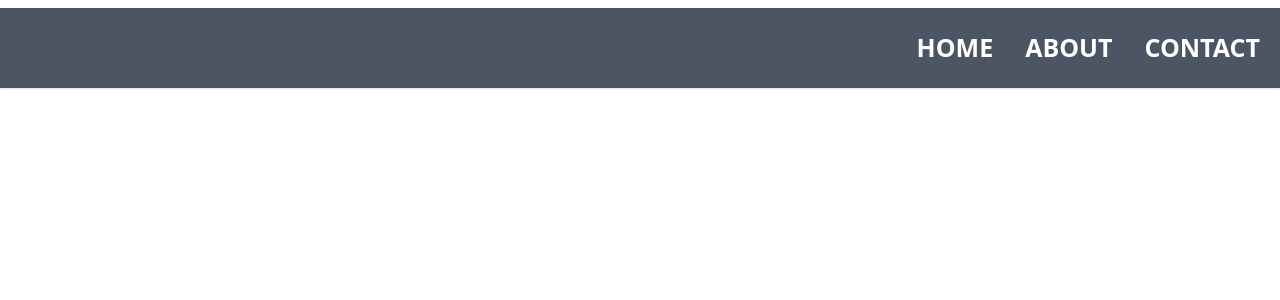
Repository: singhaayush5/CollegeCompanion-Hackathon-IIIT-RANCHI-
Page: / (app in client/)
The author's editor kept a copy of each file at every save. The page is drawn from the files as they stood at one save, then again after the next save.
The browser window is 1280 px wide. The pictures show the whole page.
The project was rebuilt for these pictures with package versions that can differ from the ones it lists, and the page was loaded fresh each time. Also part of the build but not shown: client/vite.config.js, client/src/App.css, client/src/Component/Card.jsx, client/src/Component/JobPortal/JobPortal.jsx, client/src/Component/GradeTracker/GradePortal.jsx.

Above is the page before, as saved 2023-04-15 23:16:55.

### client/src/App.jsx
import { useState } from "react";
import reactLogo from "./assets/react.svg";
import viteLogo from "/vite.svg";
import "./App.css";
import Job from "./Component/JobPortal/JobPortal";
import Navbar from "./Component/Navbar";
import GradePortal from "./Component/GradeTracker/GradePortal";

import {
  createBrowserRouter,
  createRoutesFromElements,
  RouterProvider,
  Route,
} from "react-router-dom";

function App() {
  const router = createBrowserRouter(
    createRoutesFromElements(
      <Route path="/" element={<Navbar />}>
        <Route path="job" element={<Job />}></Route>
        <Route path="grade" element={<GradePortal />}></Route>
      </Route>
    )
  );
  return <RouterProvider router={router} />;
}

export default App;

### client/src/Component/Navbar.jsx
import React from "react";
// import TrackLogo from "../images/TrackLogo.png";
function navbar() {
  return (
    <nav className="p-1 bg-gray-600 h-20 shadow md:flex md:items-center md:justify-between fixed top-2 w-full">
      <div className="flex justify-between items-center ">
        <span className=" cursor-pointer"></span>

        <span className="text-3xl cursor-pointer mx-2 md:hidden block">
          <ion-icon name="menu" onclick="Menu(this)"></ion-icon>
        </span>
      </div>
      <ul className="md:flex md:items-center z-[-1] md:z-auto md:static absolute w-full left-0 md:w-auto md:py-0 py-4 md:pl-0 pl-7 md:opacity-100 opacity-0 top-[-400px] transition-all ease-in duration-500">
        <li className="mx-4 my-6 md:my-0">
          <a
            href="/#"
            style={{
              fontSize: "25px",
            }}
            className="text-xl hover:text-cyan-500 text-extrabold duration-500 font-extrabold text-white"
          >
            HOME
          </a>
        </li>
        <li className="mx-4 my-6 md:my-0">
          <a
            href="/#"
            style={{
              fontSize: "25px",
            }}
            className="text-xl hover:text-cyan-500 duration-500  font-extrabold text-white"
          >
            ABOUT
          </a>
        </li>
        <li className="mx-4 my-6 md:my-0">
          <a
            href="/#"
            style={{
              fontSize: "25px",
            }}
            className="text-xl hover:text-cyan-500 duration-500 font-extrabold text-white"
          >
            CONTACT
          </a>
        </li>
      </ul>
    </nav>
  );
}

export default navbar;

Loaded but not shown: client/index.html (common file); client/src/main.jsx (common file); client/src/index.css (common file); client/tailwind.config.js (common file)

After the next save:
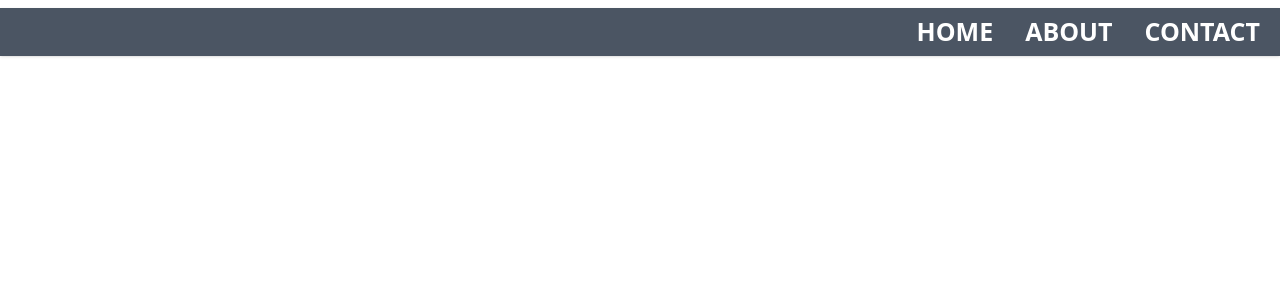
Saved 6 s later.
--- a/client/src/Component/Navbar.jsx
+++ b/client/src/Component/Navbar.jsx
@@ -2,7 +2,7 @@ import React from "react";
 // import TrackLogo from "../images/TrackLogo.png";
 function navbar() {
   return (
-    <nav className="p-1 bg-gray-600 h-20 shadow md:flex md:items-center md:justify-between fixed top-2 w-full">
+    <nav className="p-1 bg-gray-600 h-12 shadow md:flex md:items-center md:justify-between fixed top-2 w-full">
       <div className="flex justify-between items-center ">
         <span className=" cursor-pointer"></span>
 
